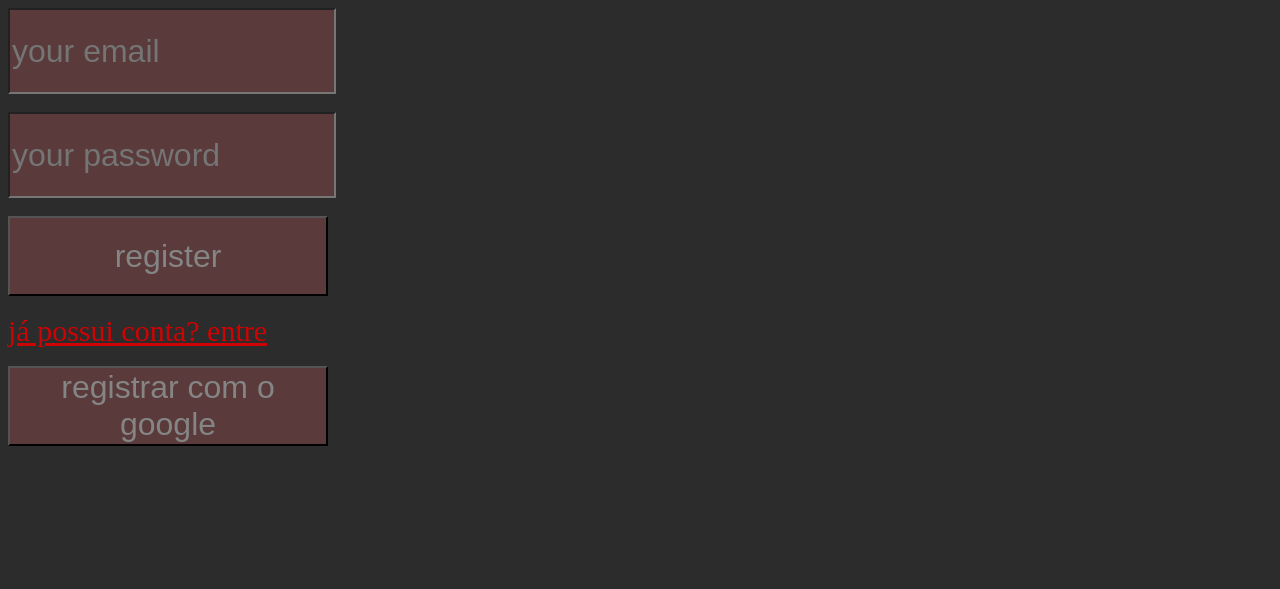
Repository: Vinicius-Borges7/NMLS
Page: frontend/pages/register.html
The author's editor kept a copy of each file at every save. The page is drawn from the files as they stood at one save, then again after the next save.
The browser window is 1280 px wide. The pictures show the whole page.

Above is the page before, as saved 2023-05-22 16:29:33.

### frontend/pages/register.html
<!DOCTYPE html>
<html lang="en">
<head>
    <meta charset="UTF-8">
    <meta http-equiv="X-UA-Compatible" content="IE=edge">
    <meta name="viewport" content="width=device-width, initial-scale=1.0">
    <title>registro</title>

    <link href="../styles/index.css" rel="stylesheet"/>
    <script src="../scripts/register.js" async></script>
</head>
<body>
    <section>
        <input name="email" id="iptEmail" placeholder="your email" required/><br/><br/>
        <input name="password" id="iptPassword" placeholder="your password" required/><br/><br/>
        <button onclick="register()">register</button><br/><br/>
    </section>

    <section>
        <a href="file:///C:/Users/if4health/Desktop/LoginSystem/frontend/pages/index.html">já possui conta? entre</a>
        <br/><br/>
    </section>

    <section>
        <button>registrar com o google</button>
    </section>
</body>
</html>

### frontend/styles/index.css
body{
    background-color: rgb(44, 44, 44);
}

input{
    background-color: rgb(90, 58, 58);
    width: 20rem;
    height: 5rem;
    font-size: 2rem;

    color: rgb(206, 3, 3);
}

button{
    background-color: rgb(90, 58, 58);
    width: 20rem;
    height: 5rem;
    font-size: 2rem;

    color: rgb(133, 133, 133);
}

a{
    color: rgb(206, 3, 3);
    font-size: 30px;
}

### frontend/scripts/register.js
async function register() {
    const email = document.querySelector('#iptEmail').value;
    const password = document.querySelector('#iptPassword').value;

    const body = {
        email: email,
        password: password
    };

    try {
        const response = await fetch('http://localhost:8080/user/register', {
            method: 'POST',
            headers: {
                'Content-Type': 'application/json'
            },
            body: JSON.stringify(body)
        });

        let data = await response.json();

        if(response.status === 200){
            console.log(data.token);
        }

        if(response.status === 500){
            console.log("500: algo está errado com o servidor")
        }

        if (response.status === 401) {
            throw new Error('401: Credenciais inválidas');
        }

        if (!response.ok) {
            throw new Error('Erro na requisição');
        }

    } catch (error) {
        console.error(error);
        window.alert("eu não sei oque tu fez mas só para")
    }
}

After the next save:
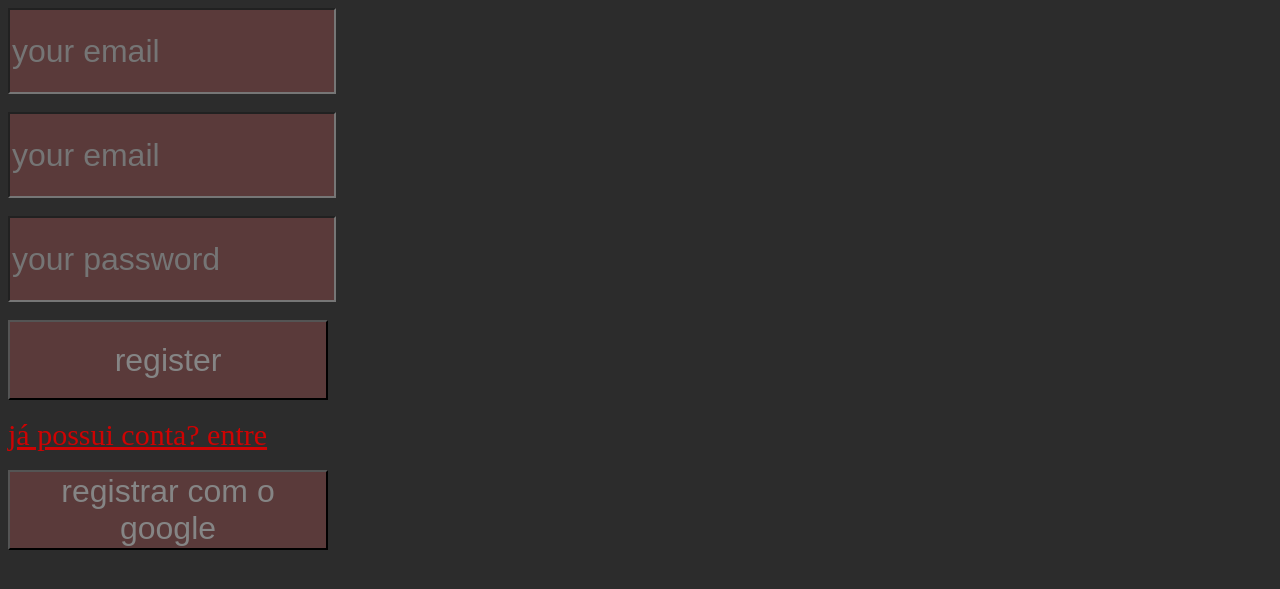
Saved 2 min 22 s later.
--- a/frontend/pages/register.html
+++ b/frontend/pages/register.html
@@ -11,6 +11,7 @@
 </head>
 <body>
     <section>
+        <input name="email" id="iptEmail" placeholder="your email" required/><br/><br/>
         <input name="email" id="iptEmail" placeholder="your email" required/><br/><br/>
         <input name="password" id="iptPassword" placeholder="your password" required/><br/><br/>
         <button onclick="register()">register</button><br/><br/>
